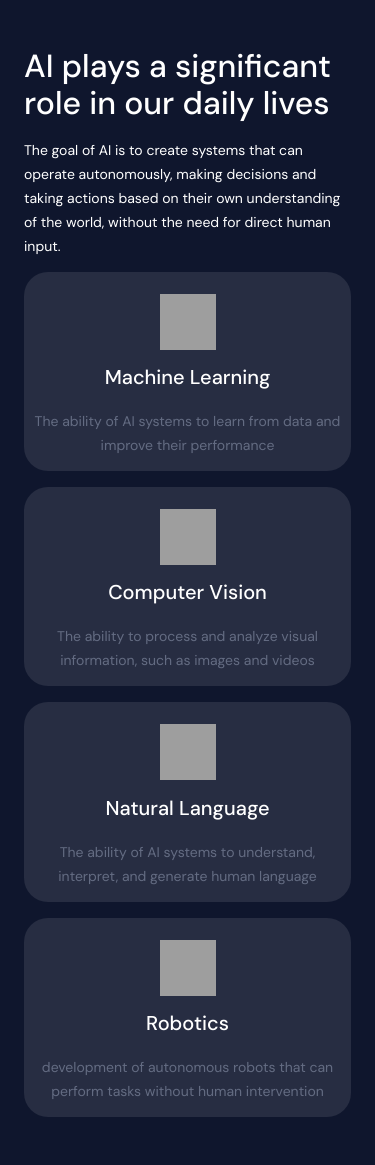
Repository: guli95/four-areas-of-AI-INVO-ACAdemy
Page: /
An editor plug-in stored every save of this project. The page is shown before and after the next save, followed by the edit.
The browser window is 375 px wide. The pictures show the whole page.
Pictures or frames that could not be fetched are drawn as grey boxes. The project was rebuilt for these pictures with package versions that can differ from the ones it lists, and the page was loaded fresh each time.

Above is the page before, as saved 2023-03-13 16:18:41.

### index.html
<!DOCTYPE html>
<html lang="en">

<head>
  <meta charset="UTF-8" />
  <link rel="icon" type="image/svg+xml" href="/vite.svg" />
  <meta name="viewport" content="width=device-width, initial-scale=1.0" />
  <title>Four AI areas</title>
</head>

<!-- In order to start your challenge, remove all the content inside <div id="home-page"></div> and start coding :) -->

<body>
  <div id="home-page">
    <div class="flexbox-container">
      <div class="heading-wrapper">
        <h1 class="heading-title">AI plays a significant role in our daily lives</h1>
        <p class="heading-text">The goal of AI is to create systems that can operate autonomously, making decisions and taking actions based on their own understanding of the world, without the need for direct human input.</p>
      </div>
      <div class="card-container">
        <a href="" class="card-link">
        <div class="card">
          <img src="./public/images/card-icon1.png" alt="" class="card-img" role="presentation">
          <h3 class="card-title">Machine Learning</h3>
          <p class="card-text">The ability of AI systems to learn from data and improve their performance</p>
        </div>
        </a>
        <a href="" class="card-link">
        <div class="card">
          <img src="./public/images/card-icon2.png" alt="" class="card-img" role="presentation">
          <h3 class="card-title">Computer Vision</h3>
          <p class="card-text">The ability to process and analyze visual information, such as images and videos</p>
        </div>
        </a>
        <a href="" class="card-link">
        <div class="card">
          <img src="./public/images/card-icon3.png" alt="" class="card-img" role="presentation">
          <h3 class="card-title">Natural Language</h3>
          <p class="card-text">The ability of AI systems to understand, interpret, and generate human language</p>
        </div>
        </a>
        <a href="" class="card-link">
        <div class="card">
          <img src="./public/images/card-icon4.png" alt="" class="card-img" role="presentation">
          <h3 class="card-title">Robotics</h3>
          <p class="card-text">development of autonomous robots that can perform tasks without human intervention</p>
        </div>
        </a>
      </div>
    </div>
  </div>

  <script type="module" src="/src/global-scripts/main.js"></script>
</body>

</html>

### src/global-scripts/main.js
/// Main JavaScript File
/// Here we import all the global JavaScript files we need for our project.

import "../global-styles/style.scss";
import "../../src/pages/home-page/styles/home-page.scss";

### src/global-styles/style.scss
/// Main Styles File
/// Here we import all the global Styles files we need for our project.

@import "styles/normalize.scss";
@import "styles/root.scss";
@import "styles/fonts.scss";

body {
  font-family: 'DS sans', sans-serif;
  color: var(--color-primary);
}

p {
  color: var(--color-on-surface);
}

### src/pages/home-page/styles/home-page.scss
/// Homepage Styles File
/// Here we import all the Styles files we need for our Homepage.
@import '../../../global-styles/styles/_root.scss';

#home-page{
    color: var(--color-white);
    font-family: 'DM Sans',sans-serif;
    height: 100%;

 .flexbox-container{
    max-width: 1440px;
    padding: 0 20px;
    display: flex;
    justify-content: center;
    margin: 160px auto 0 auto;
    gap: 0px;
    @media screen and (max-width:1191px) {
        flex-direction:column;
        align-items: center;
        margin-top: 247px;
    }
    @media screen and (max-width:480px) {
        padding: 48px 24px;
        margin-top: 0px;
    }
    .heading-wrapper{
        font-family: "DM Sans", sans-serif;
        text-align: left ;
        vertical-align: top;
        max-width: 480px;
        padding-left: 30px;
        padding-right: 60px;
        @media screen and (max-width:1191px) {
            width: 100%;
            padding: 0 14px;
            max-width: 500px;
        }
        .heading-title{
            font-size: var(--text-xl);
            font-weight: 500;
            line-height: 115%;
            letter-spacing: 0.2%;
            margin: 0 0 24px 0;
            @media screen and (max-width:1191px) {
                margin-bottom: 10px;

            }
            @media screen and (max-width:480px) {
                font-size: var(--text-l);
                margin-bottom: 16px;
            }
        }
        .heading-text{
            font-size: var(--text-m);
            line-height: 24px;
            // font-weight: 300;


        @media screen and (max-width:480px) {
            font-size: var(--text-xs);

        }
    }
    }
    .card-container{
        display: flex;
        justify-content: center;
        flex-wrap: wrap;
        gap: 24px;
        max-width: 620px;
        @media screen and (max-width:1191px) {
            width: 100%;
            gap:16px;
            max-width: 500px;
        }
        .card-link{
            display: flex;
            color: var(--color-white);
            text-decoration: none;
            flex-direction: column;
            align-items: center;
            max-width: 240px;
            max-width: 250px;
            min-height: 200px;
            padding: 22px 10px;
            background-color:var(--color-secondary-grey);
            text-align: center;
            border-radius: var(--rounding-big);
            transition: .2s;
            @media screen and (max-width:1191px) {
                max-width: 220px;
                padding-bottom: 0;
                justify-content: flex-start;
                min-height: auto;
            }
            @media screen and (max-width:480px) {
                width: 100%;
                min-height:auto;
                max-width: none;
            }
            .card-img{
                width: 64px;
                height: 64px;
                @media screen and (max-width:1191px) {
                    width: 56px;
                    height: 56px;
                }
            }
            .card-title{
                font-size: var(--text-m);
                font-weight: 500;
                margin-top: 12px;
            }
            .card-text{
                font-size: var(--text-s);
                mix-blend-mode:soft-light;
                line-height: 24px;
                @media screen and (max-width:1191px) {
                    font-size: var(--text-xs);
                }
            }
        }

    }
}

}

### src/global-styles/styles/normalize.scss
/*! normalize.css v8.0.1 | MIT License | github.com/necolas/normalize.css */

/* Document
   ========================================================================== */

/**
 * 1. Correct the line height in all browsers.
 * 2. Prevent adjustments of font size after orientation changes in iOS.
 */

html {
  line-height: 1.15; /* 1 */
  -webkit-text-size-adjust: 100%; /* 2 */
  background-color: var(--color-primary-dark-blue);
}

/* Sections
   ========================================================================== */

/**
 * Remove the margin in all browsers.
 */

body {
  margin: 0;
}

/**
 * Render the `main` element consistently in IE.
 */

main {
  display: block;
}

/**
 * Correct the font size and margin on `h1` elements within `section` and
 * `article` contexts in Chrome, Firefox, and Safari.
 */

h1 {
  font-size: 2em;
  margin: 0.67em 0;
}

/* Grouping content
   ========================================================================== */

/**
 * 1. Add the correct box sizing in Firefox.
 * 2. Show the overflow in Edge and IE.
 */

hr {
  box-sizing: content-box; /* 1 */
  height: 0; /* 1 */
  overflow: visible; /* 2 */
}

/**
 * 1. Correct the inheritance and scaling of font size in all browsers.
 * 2. Correct the odd `em` font sizing in all browsers.
 */

pre {
  font-family: monospace, monospace; /* 1 */
  font-size: 1em; /* 2 */
}

/* Text-level semantics
   ========================================================================== */

/**
 * Remove the gray background on active links in IE 10.
 */

a {
  background-color: transparent;
}

/**
 * 1. Remove the bottom border in Chrome 57-
 * 2. Add the correct text decoration in Chrome, Edge, IE, Opera, and Safari.
 */

abbr[title] {
  border-bottom: none; /* 1 */
  text-decoration: underline; /* 2 */
  text-decoration: underline dotted; /* 2 */
}

/**
 * Add the correct font weight in Chrome, Edge, and Safari.
 */

b,
strong {
  font-weight: bolder;
}

/**
 * 1. Correct the inheritance and scaling of font size in all browsers.
 * 2. Correct the odd `em` font sizing in all browsers.
 */

code,
kbd,
samp {
  font-family: monospace, monospace; /* 1 */
  font-size: 1em; /* 2 */
}

/**
 * Add the correct font size in all browsers.
 */

small {
  font-size: 80%;
}

/**
 * Prevent `sub` and `sup` elements from affecting the line height in
 * all browsers.
 */

sub,
sup {
  font-size: 75%;
  line-height: 0;
  position: relative;
  vertical-align: baseline;
}

sub {
  bottom: -0.25em;
}

sup {
  top: -0.5em;
}

/* Embedded content
   ========================================================================== */

/**
 * Remove the border on images inside links in IE 10.
 */

img {
  border-style: none;
}

/* Forms
   ========================================================================== */

/**
 * 1. Change the font styles in all browsers.
 * 2. Remove the margin in Firefox and Safari.
 */

button,
input,
optgroup,
select,
textarea {
  font-family: inherit; /* 1 */
  font-size: 100%; /* 1 */
  line-height: 1.15; /* 1 */
  margin: 0; /* 2 */
}

/**
 * Show the overflow in IE.
 * 1. Show the overflow in Edge.
 */

button,
input { /* 1 */
  overflow: visible;
}

/**
 * Remove the inheritance of text transform in Edge, Firefox, and IE.
 * 1. Remove the inheritance of text transform in Firefox.
 */

button,
select { /* 1 */
  text-transform: none;
}

/**
 * Correct the inability to style clickable types in iOS and Safari.
 */

button,
[type="button"],
[type="reset"],
[type="submit"] {
  -webkit-appearance: button;
}

/**
 * Remove the inner border and padding in Firefox.
 */

button::-moz-focus-inner,
[type="button"]::-moz-focus-inner,
[type="reset"]::-moz-focus-inner,
[type="submit"]::-moz-focus-inner {
  border-style: none;
  padding: 0;
}

/**
 * Restore the focus styles unset by the previous rule.
 */

button:-moz-focusring,
[type="button"]:-moz-focusring,
[type="reset"]:-moz-focusring,
[type="submit"]:-moz-focusring {
  outline: 1px dotted ButtonText;
}

/**
 * Correct the padding in Firefox.
 */

fieldset {
  padding: 0.35em 0.75em 0.625em;
}

/**
 * 1. Correct the text wrapping in Edge and IE.
 * 2. Correct the color inheritance from `fieldset` elements in IE.
 * 3. Remove the padding so developers are not caught out when they zero out
 *    `fieldset` elements in all browsers.
 */

legend {
  box-sizing: border-box; /* 1 */
  color: inherit; /* 2 */
  display: table; /* 1 */
  max-width: 100%; /* 1 */
  padding: 0; /* 3 */
  white-space: normal; /* 1 */
}

/**
 * Add the correct vertical alignment in Chrome, Firefox, and Opera.
 */

progress {
  vertical-align: baseline;
}

/**
 * Remove the default vertical scrollbar in IE 10+.
 */

textarea {
  overflow: auto;
}

/**
 * 1. Add the correct box sizing in IE 10.
 * 2. Remove the padding in IE 10.
 */

[type="checkbox"],
[type="radio"] {
  box-sizing: border-box; /* 1 */
  padding: 0; /* 2 */
}

/**
 * Correct the cursor style of increment and decrement buttons in Chrome.
 */

[type="number"]::-webkit-inner-spin-button,
[type="number"]::-webkit-outer-spin-button {
  height: auto;
}

/**
 * 1. Correct the odd appearance in Chrome and Safari.
 * 2. Correct the outline style in Safari.
 */

[type="search"] {
  -webkit-appearance: textfield; /* 1 */
  outline-offset: -2px; /* 2 */
}

/**
 * Remove the inner padding in Chrome and Safari on macOS.
 */

[type="search"]::-webkit-search-decoration {
  -webkit-appearance: none;
}

/**
 * 1. Correct the inability to style clickable types in iOS and Safari.
 * 2. Change font properties to `inherit` in Safari.
 */

::-webkit-file-upload-button {
  -webkit-appearance: button; /* 1 */
  font: inherit; /* 2 */
}

/* Interactive
   ========================================================================== */

/*
 * Add the correct display in Edge, IE 10+, and Firefox.
 */

details {
  display: block;
}

/*
 * Add the correct display in all browsers.
 */

summary {
  display: list-item;
}

/* Misc
   ========================================================================== */

/**
 * Add the correct display in IE 10+.
 */

template {
  display: none;
}

/**
 * Add the correct display in IE 10.
 */

[hidden] {
  display: none;
}

### src/global-styles/styles/root.scss
/// Root Styles file
/// Here we define all the root variables we need for our project.
/// For examples see Material Design color system: https://m2.material.io/design/color/the-color-system.html

:root {
    $--color-primary-dark-blue: #0F162D !global;
    --color-primary-pink: #CA59FF;
    --color-primary-purple: #6C7CFF;
    --color-primary-green: #2AFFFF;
    --color-primary-yellow: #FFF629;
    --color-white: #FFFFFF;
    --color-black: #000;
    --color-secondary-grey:#272D42;

}

### src/global-styles/styles/fonts.scss
/// Main Fonts File
/// Here we import all the fonts files we need for our project.

@import url('https://fonts.googleapis.com/css2?family=Roboto:ital,wght@0,100;0,300;0,400;0,500;0,700;0,900;1,100;1,300;1,400;1,500;1,700;1,900&display=swap');
@import url('https://fonts.googleapis.com/css2?family=DM+Sans:wght@400;500&display=swap');

### src/global-styles/styles/_root.scss
/// Root Styles file
/// Here we define all the root variables we need for our project.
/// For examples see Material Design color system: https://m2.material.io/design/color/the-color-system.html

:root {
    //colors
    --color-primary-dark-blue: #0F162D ;
    --color-primary-pink: #CA59FF;
    --color-primary-purple: #6C7CFF;
    --color-primary-green: #2AFFFF;
    --color-primary-yellow: #FFF629;
    --color-white: #FFFFFF;
    --color-black: #000;
    --color-secondary-grey:#272D42;

    //font-size
    --text-xl:48px;
    --text-l:32px;
    --text-m:20px;
    --text-s:16px;
    --text-xs:14px;

    //rounding
    --rounding-big:24px;
    --rounding-small:16px;
}

After the next save:
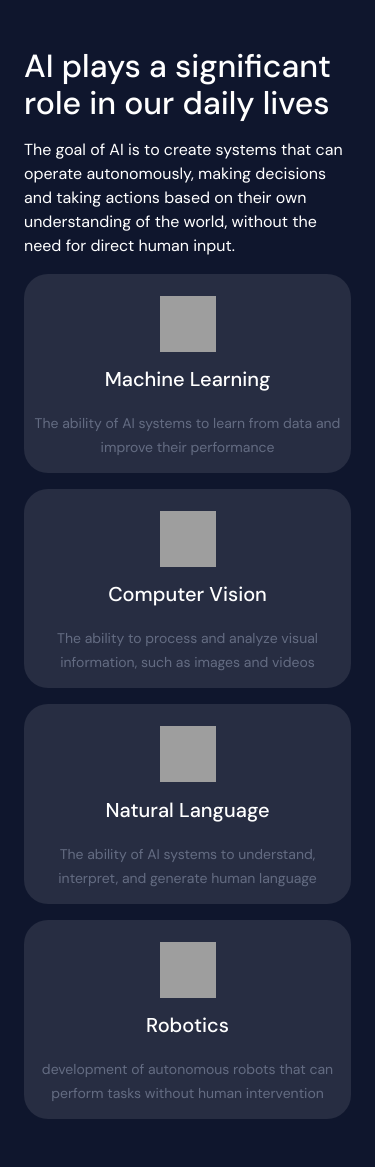
Saved 11 s later.
--- a/src/pages/home-page/styles/home-page.scss
+++ b/src/pages/home-page/styles/home-page.scss
@@ -57,7 +57,7 @@
 
 
         @media screen and (max-width:480px) {
-            font-size: var(--text-xs);
+            font-size: var(--text-s);
 
         }
     }
